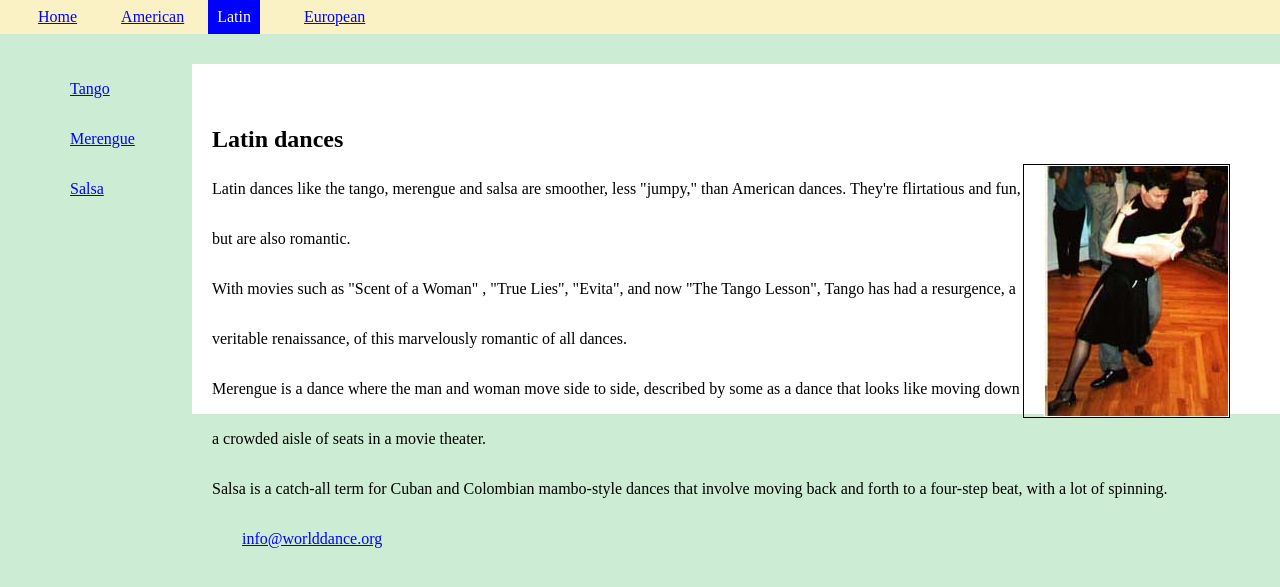
Repository: Helianthusss/Learn-CPP
Page: HTML/Lab-04/Dance/Latin.html
An editor plug-in stored every save of this project. The page is shown before and after the next save, followed by the edit.
The browser window is 1280 px wide. The pictures show the whole page.

Above is the page before, as saved 2021-10-16 19:48:28.

After the next save:
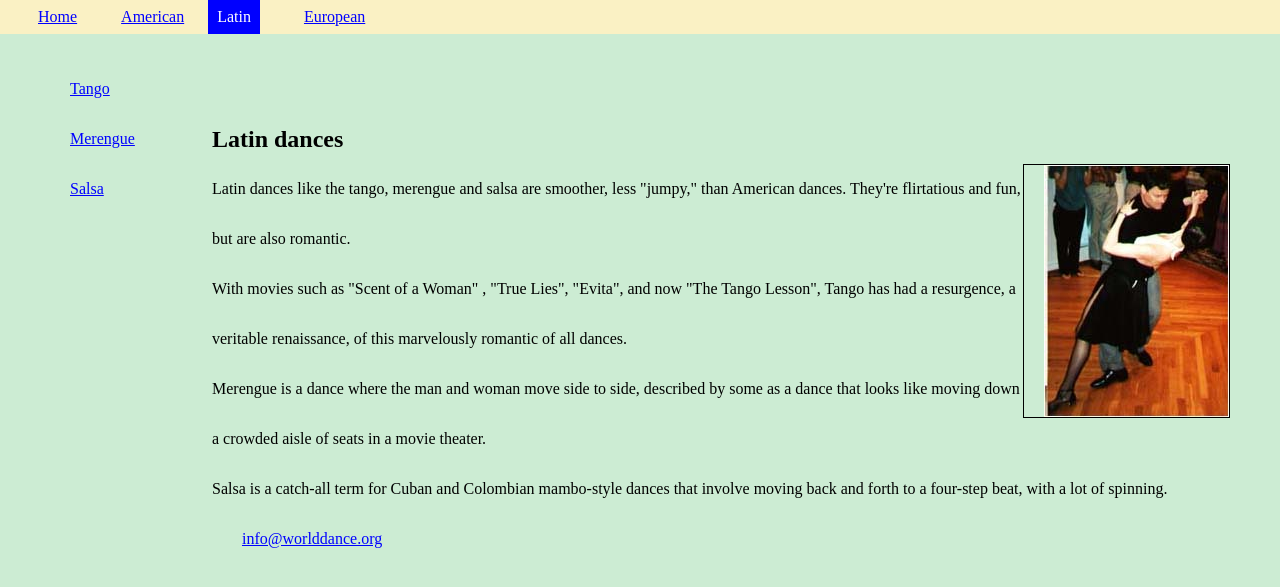
Saved 15 s later.
--- a/HTML/Lab-04/Dance/format.css
+++ b/HTML/Lab-04/Dance/format.css
@@ -43,7 +43,7 @@ body {
 }
 
 #content {
-  background: rgb(255, 255, 255);
+  background: #ccecd3;
   margin-top: 30px;
   float: right;
   width: 85%;
